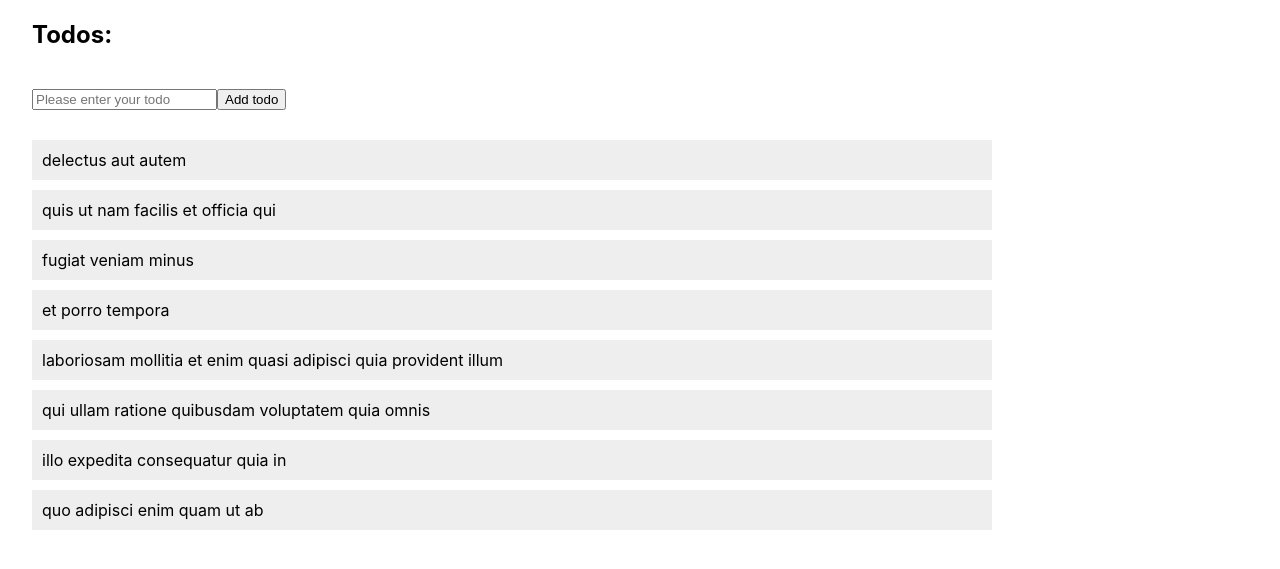
Repository: vhoreho/react
Page: / (app in myapp/)
An editor plug-in stored every save of this project. The page is shown before and after a run of saves, followed by the edit.
The browser window is 1280 px wide. The pictures show the whole page.
The project was rebuilt for these pictures with package versions that can differ from the ones it lists, and the page was loaded fresh each time.

Above is the page before, as saved 2022-08-08 21:47:14.

After the next 2 saves:
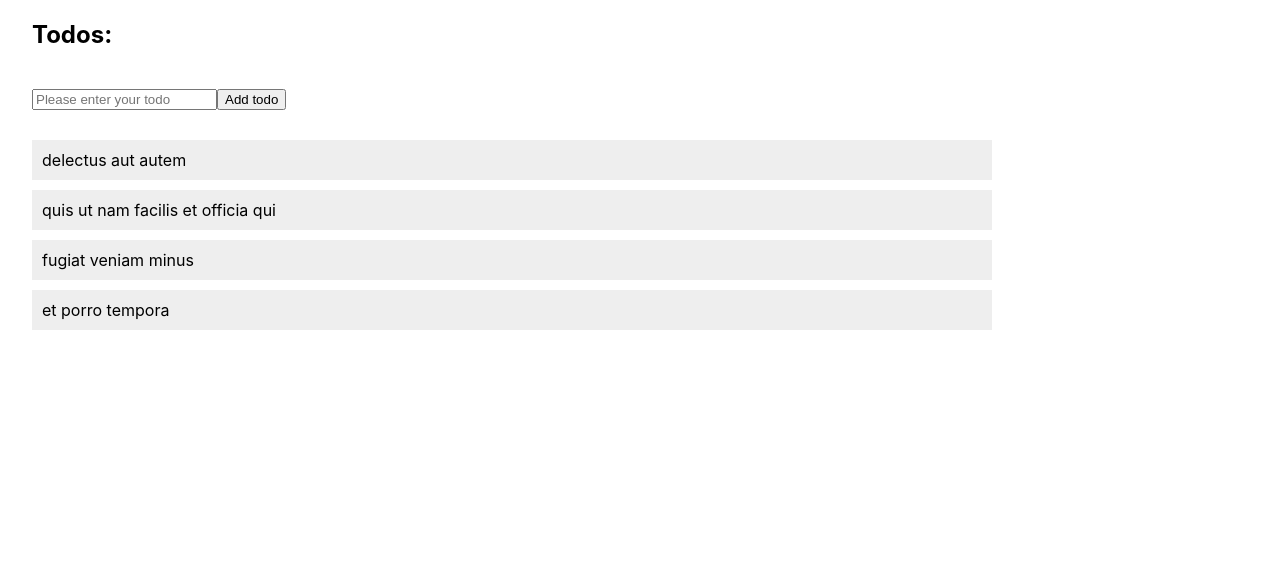
The 2 saves are shown as one change because 1 did not build or start.
The last was saved 2 min 21 s later.
--- a/myapp/src/components/Todos.js
+++ b/myapp/src/components/Todos.js
@@ -1,7 +1,33 @@
 import React, { useState } from 'react'
-import { todos as initialState } from '../data'
 import TodoItem from './TodoItem';
 import Input from './Input';
+
+const initialState = [
+    {
+        "userId": 1,
+        "id": 1,
+        "title": "delectus aut autem",
+        "completed": false
+    },
+    {
+        "userId": 1,
+        "id": 2,
+        "title": "quis ut nam facilis et officia qui",
+        "completed": false
+    },
+    {
+        "userId": 1,
+        "id": 3,
+        "title": "fugiat veniam minus",
+        "completed": false
+    },
+    {
+        "userId": 1,
+        "id": 4,
+        "title": "et porro tempora",
+        "completed": true
+    },
+]
 
 export default function Todos() {
     const [todos, setTodos] = useState(initialState);
